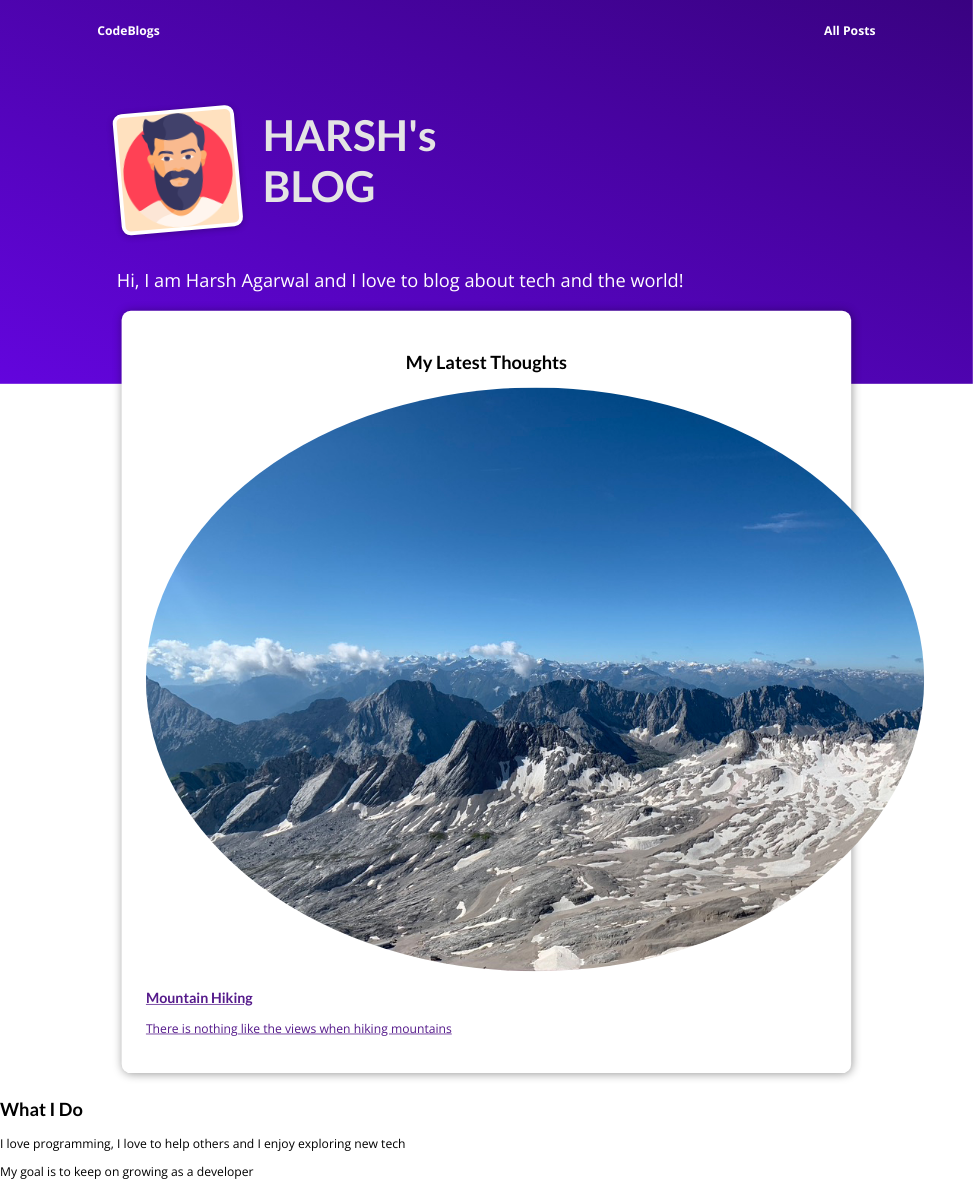
Repository: harshagr64/codeblogs
Page: blog/templates/blog/index.html
An editor plug-in stored every save of this project. The page is shown before and after the next save, followed by the edit.
The browser window is 1280 px wide. The pictures show the whole page, at 76% of full size.
The page is served by the project's application, run on Django 3.2 (manage.py). The template is opened directly, without the code that normally fills it, so the values that code supplies are empty.

Above is the page before, as saved 2021-08-21 10:48:50.

After the next save:
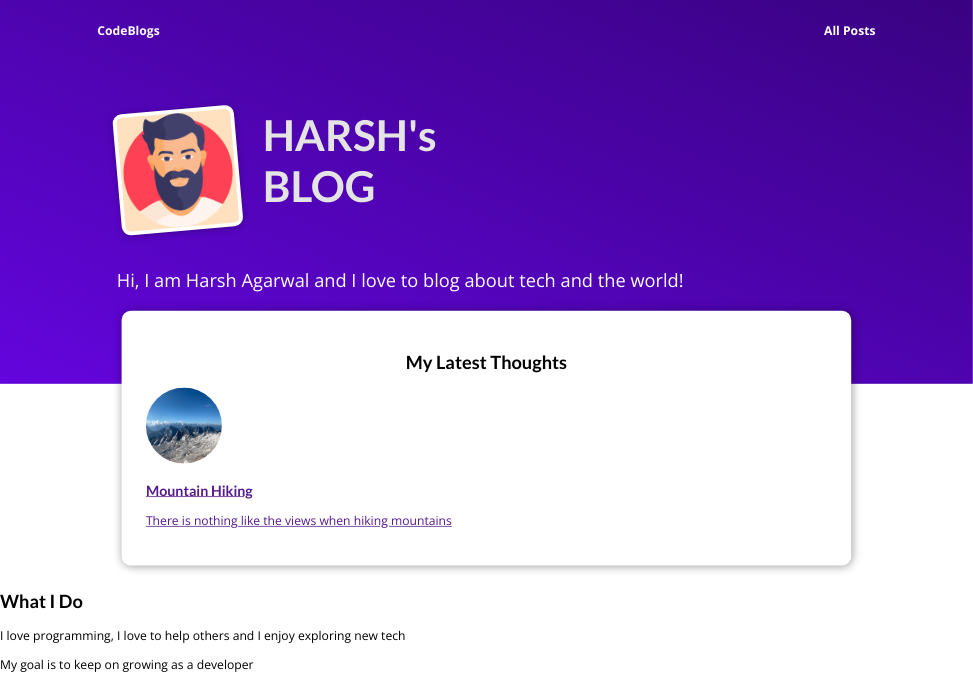
Saved 5 s later.
--- a/codeblogs/blog/static/blog/index.css
+++ b/codeblogs/blog/static/blog/index.css
@@ -59,7 +59,8 @@
   }
   #latest-posts li a img{
       border-radius: 50%;
-      width: 100;
+      width: 100px;
+      height: 100px;
   }
 
   #about {
